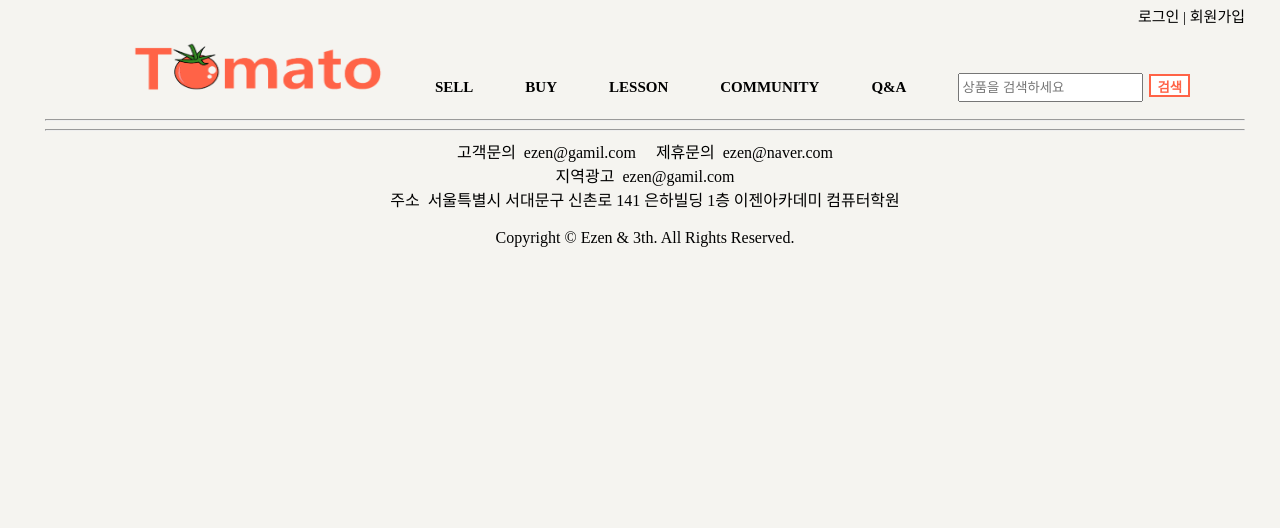
Repository: javadogfoot/semi-project
Page: http://localhost/tomato/member/mypage.jsp
An editor plug-in stored every save of this project. The page is shown before and after the next save, followed by the edit.
The browser window is 1280 px wide. The pictures show the whole page.
The page is served by Tomcat 9. Other server files are loaded and not shown.

Above is the page before, as saved 2021-10-14 06:39:21.

### semi프로젝트워크스페이스/tomato/src/main/webapp/member/mypage.jsp
<%@ page language="java" contentType="text/html; charset=UTF-8"
    pageEncoding="UTF-8"%>
<!DOCTYPE html>
<html>
<head>
<meta charset="UTF-8">
<title>Insert title here</title>
<link rel="stylesheet" type="text/css" href="/tomato/css/mainLayout.css">
</head>
<body>
<%@include file="/header.jsp" %>

<%@include file="/footer.jsp" %>
</body>
</html>

### semi프로젝트워크스페이스/tomato/src/main/webapp/header.jsp
<%@ page language="java" contentType="text/html; charset=UTF-8"
    pageEncoding="UTF-8"%>
<!DOCTYPE html>
<html>
<head>
<meta charset="UTF-8">
<title>Insert title here</title>
<style>

#btn1{
   background-color: white;
   color: tomato;
   font-weight: bold;
   height:23px;
   border: none;
   margin:2px;
   border: 2px solid tomato;
}
#btn1:hovertn1{
   background-color: tomato;
   color: white;
   font-weight: bold;
   height:23px;
   border: none;
   margin:2px;
   border: 2px solid tomato;
}
</style>
</head>
<body>
<header>
<%
String m_id=(String)session.getAttribute("m_id");
String m_name=(String)session.getAttribute("m_name");
if(m_id==null){
   %>
   <div>
   <a href="/tomato/member/login.jsp">로그인</a> | <a href="/tomato/member/join.jsp">회원가입</a>
   </div>
   <%
}else{
      %>
   <div>
   <%
   if(m_id.equals("admin")){
      %>
      <a href="/tomato/admin/memberList_admin.jsp"><%=m_name %>님 마이페이지</a> |
      <%
   }else{
      %>
      <a href="/tomato/member/mypage.jsp"><%=m_name %>님 마이페이지</a> |
      <%
   }
   %>
   <a href="/tomato/member/logout.jsp">로그아웃</a>
   </div>
   <%
}
%>
<nav>
<ul>
   <li><h1><a href="/tomato/index.jsp"><img src="/tomato/img/토마토_메인로고.png" alt="메인로고" height="50px" width="250px"></a></h1></li>
   <li><h2><a href="/tomato/sell/sell.jsp">SELL</a></h2></li>
   <li><h2><a href="/tomato/buy/buyList.jsp?col=s_idx&range=desc">BUY</a></h2></li>
   <li><h2><a href="/tomato/lesson/lessonList.jsp">LESSON</a></h2></li>
   <li><h2><a href="/tomato/community/community.jsp">COMMUNITY</a></h2></li>
   <li><h2><a href="/tomato/qna/qnaList.jsp">Q&A</a></h2></li>
   <li>
		<form name="headerSearch" action="/tomato/buy/headerBuySearch.jsp" style="display: inline;">
			<input type="text" name="searchValue" placeholder="상품을 검색하세요">
			<input type="submit" value="검색" id="btn1">
		</form>
	</li>
</ul>
</nav>
<hr/>
</header>
</body>
</html>

### semi프로젝트워크스페이스/tomato/src/main/webapp/footer.jsp
<%@ page language="java" contentType="text/html; charset=UTF-8"
    pageEncoding="UTF-8"%>
<!DOCTYPE html>
<html>
<head>
<meta charset="UTF-8">
<title>Insert title here</title>
</head>
<body>
<footer>
<hr/>
<div>
고객문의&nbsp;&nbsp;ezen@gamil.com &nbsp;&nbsp;&nbsp;&nbsp;제휴문의&nbsp;&nbsp;ezen@naver.com
<br/>
지역광고&nbsp;&nbsp;ezen@gamil.com
<br/>
주소&nbsp;&nbsp;서울특별시 서대문구 신촌로 141 은하빌딩 1층 이젠아카데미 컴퓨터학원
</div>
<br/>
<div>Copyright &copy; Ezen & 3th. All Rights Reserved.</div>
</footer>
</body>
</html>

### semi프로젝트워크스페이스/tomato/src/main/webapp/css/mainLayout.css
@charset "UTF-8";
body{
   background-color: #f5f4f0;
   margin: 5px auto;
   width: 1200px;
}
header{
   width: 1200px;
   margin: 5px;
}
header div{
   text-align: right;
   font-size: 15px;
}
header div a{
   color: black;
   text-decoration: none;
}
header div a:hover{
   color: black;
   text-decoration: underline;
}
h1{
   font-size: 45px;
   color: tomato;
   display: inline;
}
h1 a{
   text-decoration: none;
   color: tomato;
}
h2{
   color: black;
   display: inline;
   font-size: 15px;
}
h2 a{
   text-decoration: none;
   color: black;
}
header nav li{
   list-style-type: none;
   display: inline;
   color: black;
   margin-left: 48px;
}
header input{

   height: 23px;
}
section{
   width: 1200px;
}
footer{
   width: 1200px;
   clear: both;
   margin: 5px;
   text-align: center;
}

After the next save:
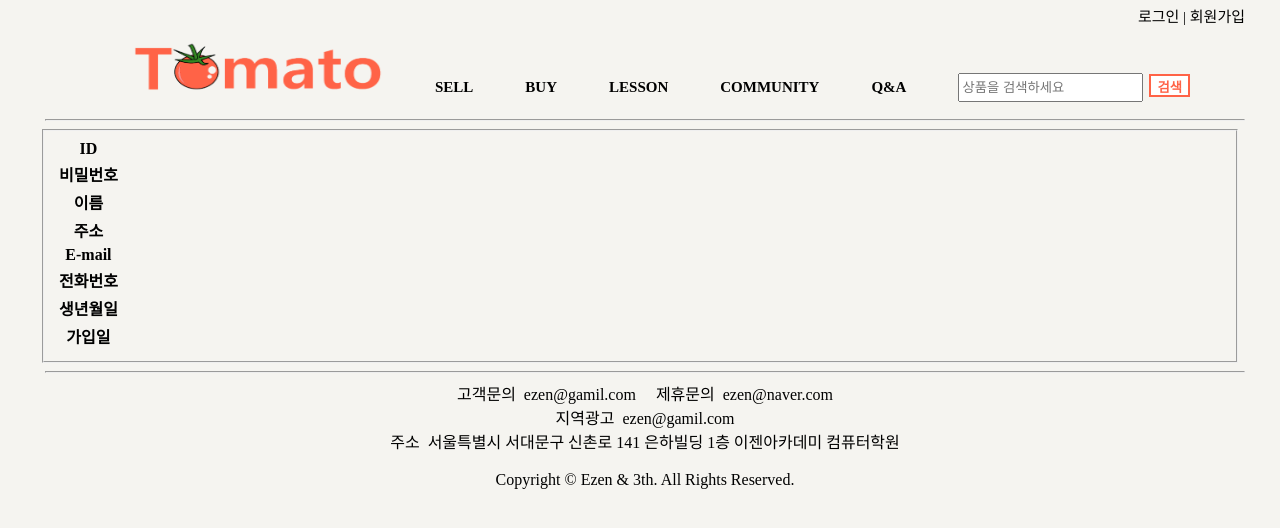
Saved 3 min 29 s later.
--- a/semi프로젝트워크스페이스/tomato/src/main/webapp/member/mypage.jsp
+++ b/semi프로젝트워크스페이스/tomato/src/main/webapp/member/mypage.jsp
@@ -9,7 +9,38 @@
 </head>
 <body>
 <%@include file="/header.jsp" %>
-
+<section>
+	<article>
+		<fieldset>
+			<table>
+				<tr>
+					<th>ID</th>
+				</tr>
+				<tr>
+					<th>비밀번호</th>
+				</tr>
+				<tr>
+					<th>이름</th>
+				</tr>
+				<tr>
+					<th>주소</th>
+				</tr>
+				<tr>
+					<th>E-mail</th>
+				</tr>
+				<tr>
+					<th>전화번호</th>
+				</tr>
+				<tr>
+					<th>생년월일</th>
+				</tr>
+				<tr>
+					<th>가입일</th>
+				</tr>
+			</table>
+		</fieldset>
+	</article>
+</section>
 <%@include file="/footer.jsp" %>
 </body>
 </html>
